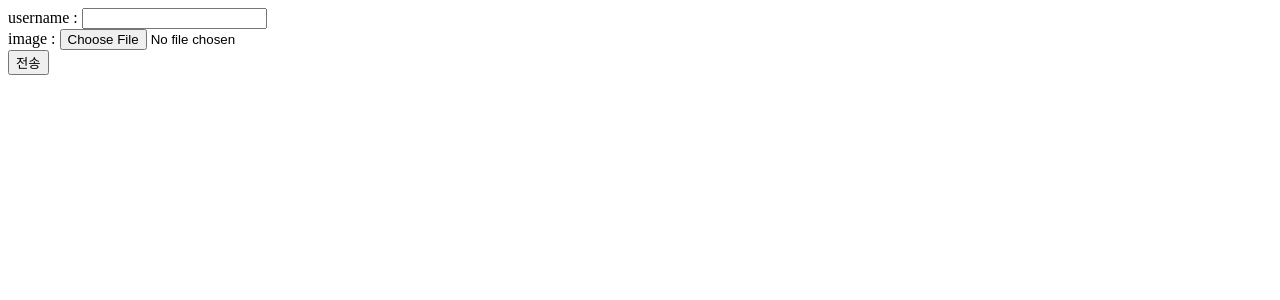
Repository: cwj2306/blog_project_2
Page: http://localhost/blog/test/uploadForm.jsp
These files come from the project's save history. The page is drawn as it stood at one moment and after a run of saves; the edit follows.
The browser window is 1280 px wide. The pictures show the whole page.
The page is served by Tomcat 9. Other server files are loaded and not shown.

Above is the page before, as saved 2019-11-12 02:16:09.

### blog/WebContent/test/uploadForm.jsp
<%@ page language="java" contentType="text/html; charset=UTF-8" pageEncoding="UTF-8"%>
<!DOCTYPE html>
<html>
<head>
	<meta charset="UTF-8">
	<title>Insert title here</title>
</head>
<body>

	<div id="img__wrap">

	</div>

	<!-- enctype는 mime타입에서 찾아봐서 써주자 -->
	<form action="uploadAction.jsp" method ="POST" enctype="multipart/form-data">
		username : <input type="text" name="username" /><br />
		image : <input id="img__input" type="file" name="userProfile"/><br />
		<input type = "submit" value="전송"/>
	</form>

	<script src="/blog/js/jquery-3.2.1.min.js"></script>
	<script>
		$("#img__input").on("change", handleImgFile);

		function handleImgFile(e){
			console.log(e);
			console.log(e.target.files);
			console.log(e.target.files[0]);

			var f = e.target.files[0];



		}
	</script>

</body>
</html>

Loaded but not shown: blog/WebContent/js/jquery-3.2.1.min.js (library)

After the next 2 saves:
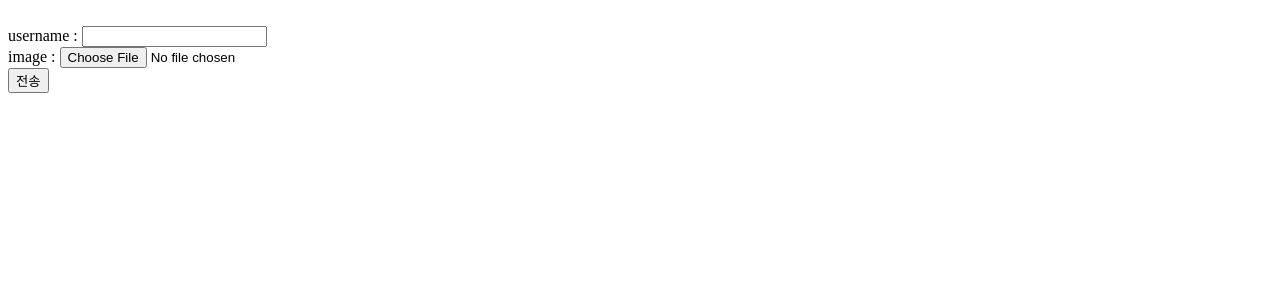
The 2 saves are shown as one change because 1 did not build or start.
The last was saved 5 min 15 s later.
--- a/blog/WebContent/test/uploadForm.jsp
+++ b/blog/WebContent/test/uploadForm.jsp
@@ -7,8 +7,8 @@
 </head>
 <body>
 
-	<div id="img__wrap">
-
+	<div>
+		<img id="img__wrap" />
 	</div>
 
 	<!-- enctype는 mime타입에서 찾아봐서 써주자 -->
@@ -29,7 +29,14 @@
 
 			var f = e.target.files[0];
 
+			if(f.type.match("image.*")){
+				var reader = new FileReader();
 
+				reader.onload = function(e){
+					console.log(e.target.result);
+					$("#img__wrap").attr("src", e.target.result);
+				}
+			}
 
 		}
 	</script>
